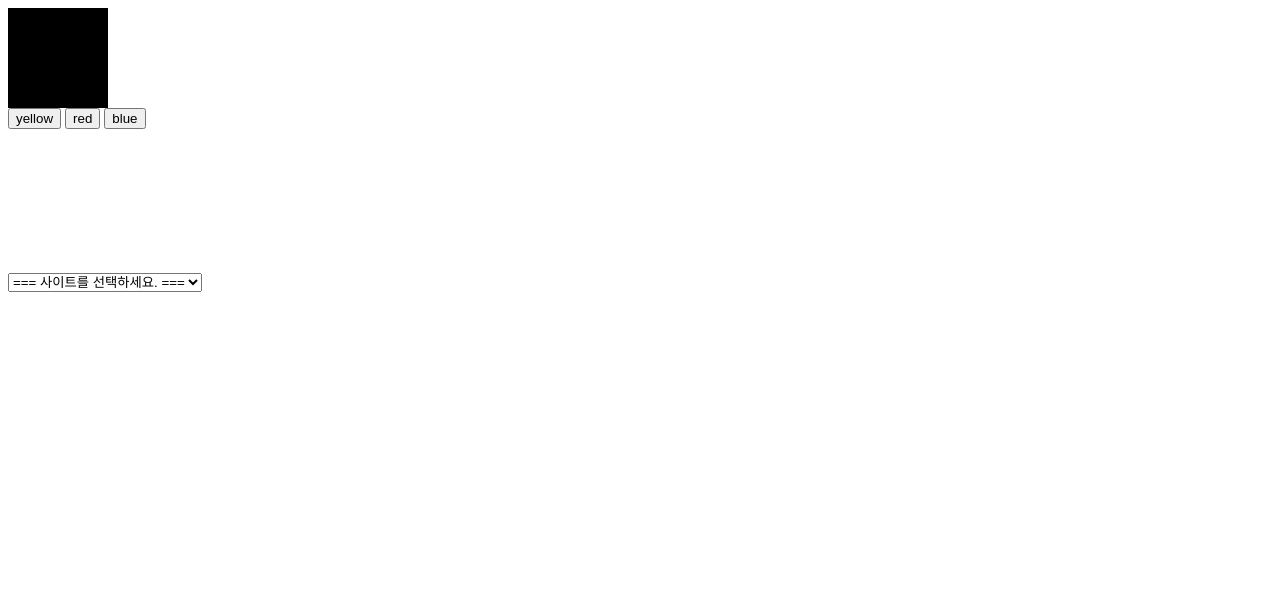
Repository: mjh1583/Hustar03_eGov
Page: http://localhost/JavaScript/js007.jsp
The author's editor kept a copy of each file at every save. The page is drawn from the files as they stood at one save, then again after the next save.
The browser window is 1280 px wide. The pictures show the whole page.
The page is served by Tomcat 9.

Above is the page before, as saved 2021-05-06 07:54:40.

After the next save:
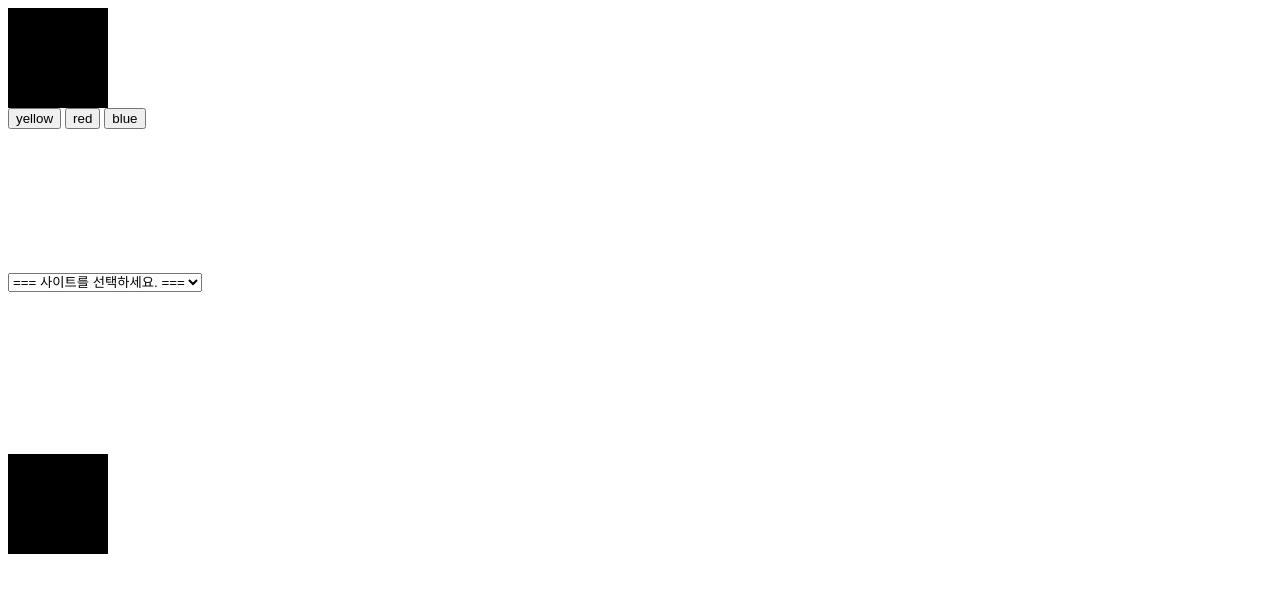
Saved 29 s later.
--- a/workspace/JavaScript/src/main/webapp/js007.jsp
+++ b/workspace/JavaScript/src/main/webapp/js007.jsp
@@ -25,7 +25,7 @@
 	</div>
 
 	<br><br><br><br><br><br><br><br><br>
-	<div style="width: 100px; height: 100px;" id="contentsArea2">
+	<div style="width: 100px; height: 100px; background-color: black;" id="contentsArea2">
 
 	</div>
 
